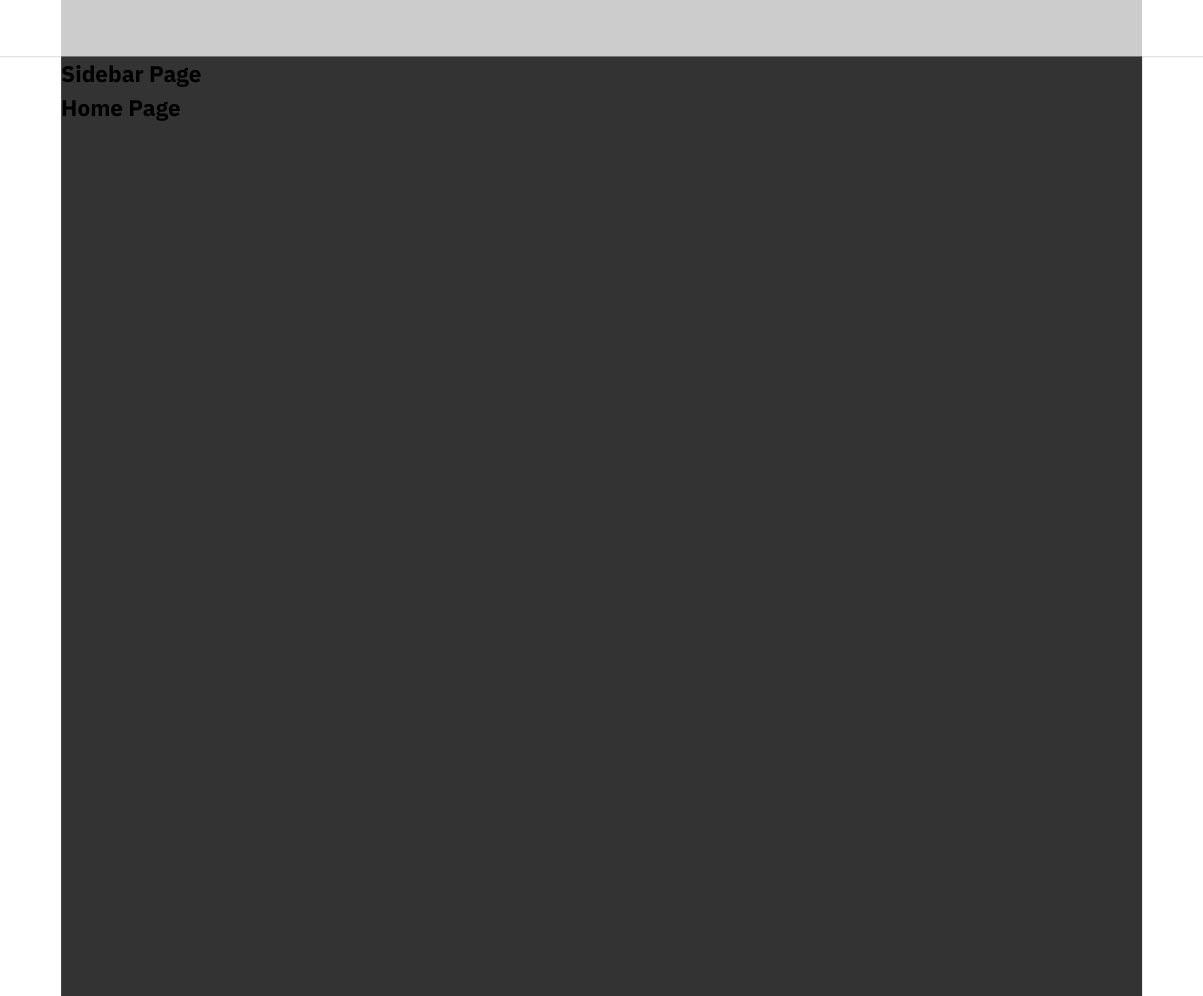
Repository: khuong30082000/tiktok-ui
Page: /
These files come from the project's save history. The page is drawn as it stood at one moment and after the next save; the edit follows.
The browser window is 1280 px wide. The pictures show the whole page, at 94% of full size.
The project was rebuilt for these pictures with package versions that can differ from the ones it lists, and the page was loaded fresh each time. Also part of the build but not shown: src/components/Layout/HeaderOnly/index.js, src/pages/Following/index.js, src/pages/Profile/index.js, src/pages/Upload/index.js.

Above is the page before, as saved 2022-06-13 13:34:38.

After the next save:
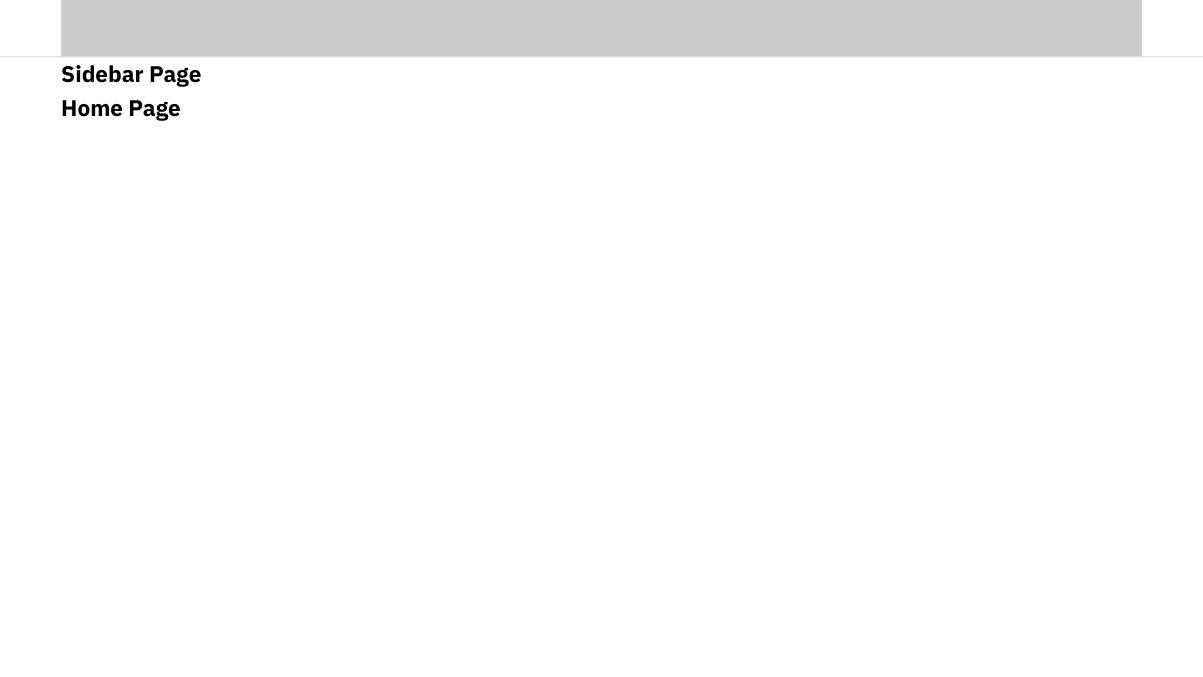
Saved 39 s later.
--- a/src/components/Layout/DefaultLayout/DefaultLayout.module.scss
+++ b/src/components/Layout/DefaultLayout/DefaultLayout.module.scss
@@ -5,6 +5,6 @@
 }
 .container {
   width: 115rem;
-  min-height: 100rem;
-  background-color: #333;
+  //   min-height: 100rem;
+  //   background-color: #333;
 }
